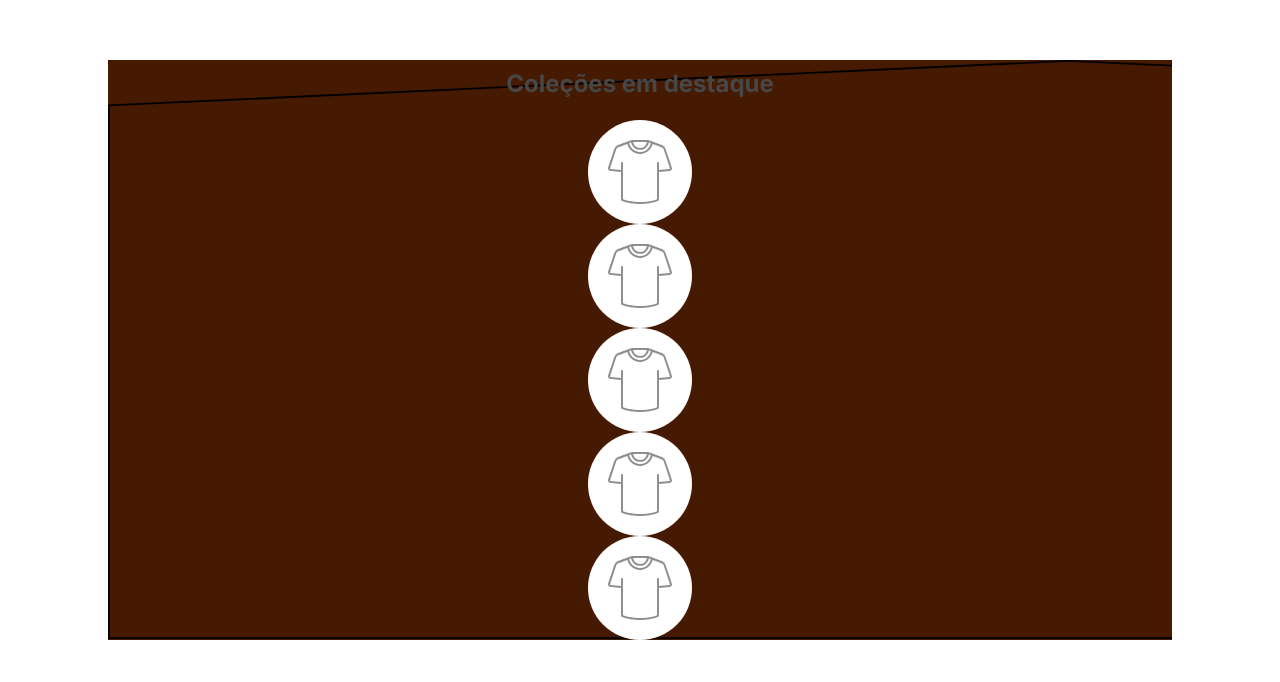
Repository: geracao-09/digital-store
Page: index.html
The author's editor kept a copy of each file at every save. The page is drawn from the files as they stood at one save, then again after the next save.
The browser window is 1280 px wide. The pictures show the part of the page from y = 1398 to 2080 px (the page is 2080 px tall before and 1664 px after).
A picture or video elsewhere on the page could not be fetched, so the positions and the page height are approximate.

Above is the page before, as saved 2025-04-24 10:38:18.

After the next save:
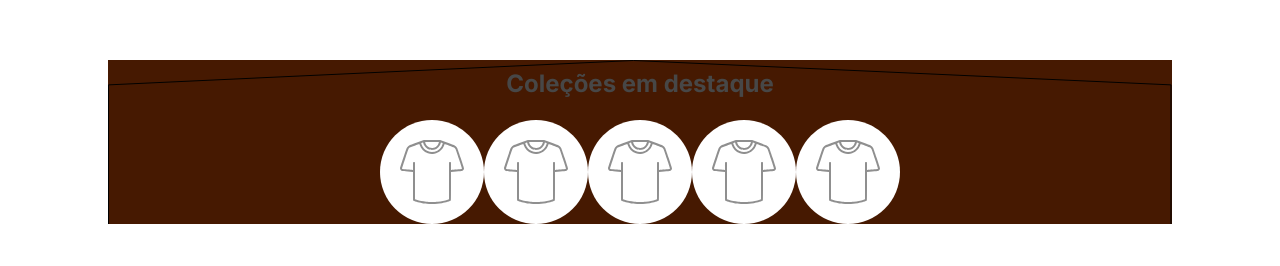
Saved 15 s later.
--- a/index.html
+++ b/index.html
@@ -124,7 +124,7 @@
             <h1 class="font-bold text-2xl text-(--dark-gray-2)">
                 Coleções em destaque
             </h1>
-            <ul>
+            <ul class="flex">
                 <li><a href="#">
                     <div class="bg-[url(/assets/t-shirt.svg)] w-[104px] h-[104px] bg-white bg-no-repeat bg-center rounded-full"></div>
                     <p></p>
